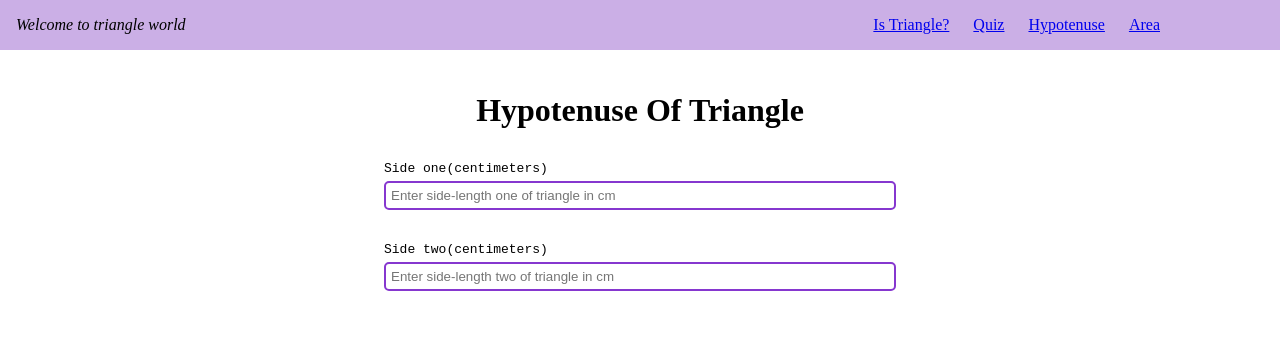
Repository: patelamancode/Fun-with-trianles
Page: hypotenuse.html
An editor plug-in stored every save of this project. The page is shown before and after the next save, followed by the edit.
The browser window is 1280 px wide. The pictures show the whole page.

Above is the page before, as saved 2022-11-29 01:50:16.

### hypotenuse.html
<!DOCTYPE html>
<html lang="en">
<head>
    <meta charset="UTF-8">
    <meta http-equiv="X-UA-Compatible" content="IE=edge">
    <meta name="viewport" content="width=device-width, initial-scale=1.0">
    <link rel="stylesheet" href="index.css">
    <title>Hypotenuse of triangle</title>
</head>
<body>
    <nav id="navbar">
        <p id="nav-title">Welcome to triangle world</p>
        <div id="nav-links">
            <a href="index.html" id="Is-triangle">Is Triangle?</a>
            <a href="quiz.html" id="Is-triangle">Quiz</a>
            <a href="hypotenuse.html" id="hypo">Hypotenuse</a>
            <a href="area.html" id="area">Area</a>
        </div>
    </nav>
    <div id="main-container">
        <h1>Hypotenuse Of Triangle</h1>
        <label for="side-one">Side one(centimeters)</label>
        <input type="number" id="side-input-one" placeholder="Enter side-length one of triangle in cm" />
        <label for="side-two">Side two(centimeters)</label>
        <input type="number" id="side-input-two" placeholder="Enter side-length two of triangle in cm" />
    </div>
    <script src="hypotenuse.js"></script>
</body>
</html>

### index.css
* {
  margin: 0;
  padding: 0;
}

#navbar {
  background-color: rgba(143, 82, 201, 0.459);
  display: flex;
  flex-direction: row;
  justify-content: space-between;
  padding: 1rem;
}
#nav-title {
  font-style: italic;
  font-weight: 300;
  font-size: medium;
}
#nav-links {
  display: flex;
  flex-direction: row;
  justify-content: space-around;
  margin-right: 5rem;
}

#nav-links a {
    display: flex;
    margin-right: 1.5rem;
    cursor: pointer;
}

#main-container {
  display: flex;
  flex-direction: column;
  width: 40vw;
  margin: auto;
  margin-top: 2rem;
  padding: 10px;
  text-align: center;
}

.app-title {
  margin: 2rem 0 0 0;
}

#error-check-for-angles{
  background-color: yellow;
  display: none;
  padding: 0.5rem;
}

label {
  margin-top: 2rem;
  margin-bottom: 0.3rem;
  text-align: left;
  font-family: monospace;
}
input {
  border: 2px solid rgb(134, 55, 207);
  border-radius: 5px;
  padding: 5px;
}

/* For Quiz page */

.question-container{
  display: flex;
  flex-direction: column;
  width: 50vw;
  margin: auto;
  padding: 10px;

}
.question-container p{
  text-align: left;
  margin-top: 2rem;
  padding-bottom: 10px;
}
.question-container .quiz-option{
  margin-top: 5px;
}

/* For Hypotenuse of triangle */


#check-btn, #submit-btn {
  margin: auto;
  text-align: center;
  margin-top: 2rem;
  width: 40%;
  padding: 5px 0px;
  background-color: rgba(143, 82, 201, 0.521);
  border: 1px solid;
  border-radius: 5px;
}
#result-display {
    display: none;
    padding-top: 1rem;
    font-style: italic;
    margin: auto;
  }

Loaded but not shown: hypotenuse.js (no stored copy; drawn as an empty file)

After the next save:
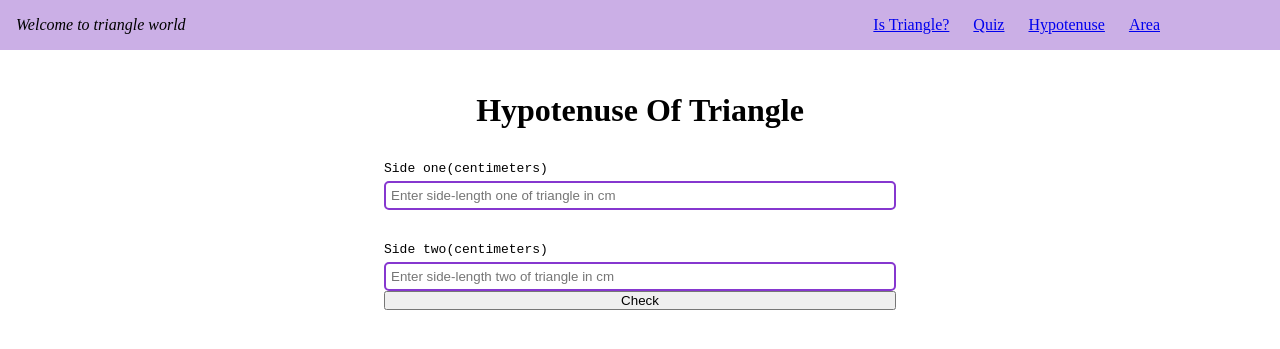
Saved 31 s later.
--- a/hypotenuse.html
+++ b/hypotenuse.html
@@ -23,6 +23,7 @@
         <input type="number" id="side-input-one" placeholder="Enter side-length one of triangle in cm" />
         <label for="side-two">Side two(centimeters)</label>
         <input type="number" id="side-input-two" placeholder="Enter side-length two of triangle in cm" />
+        <button>Check</button>
     </div>
     <script src="hypotenuse.js"></script>
 </body>
